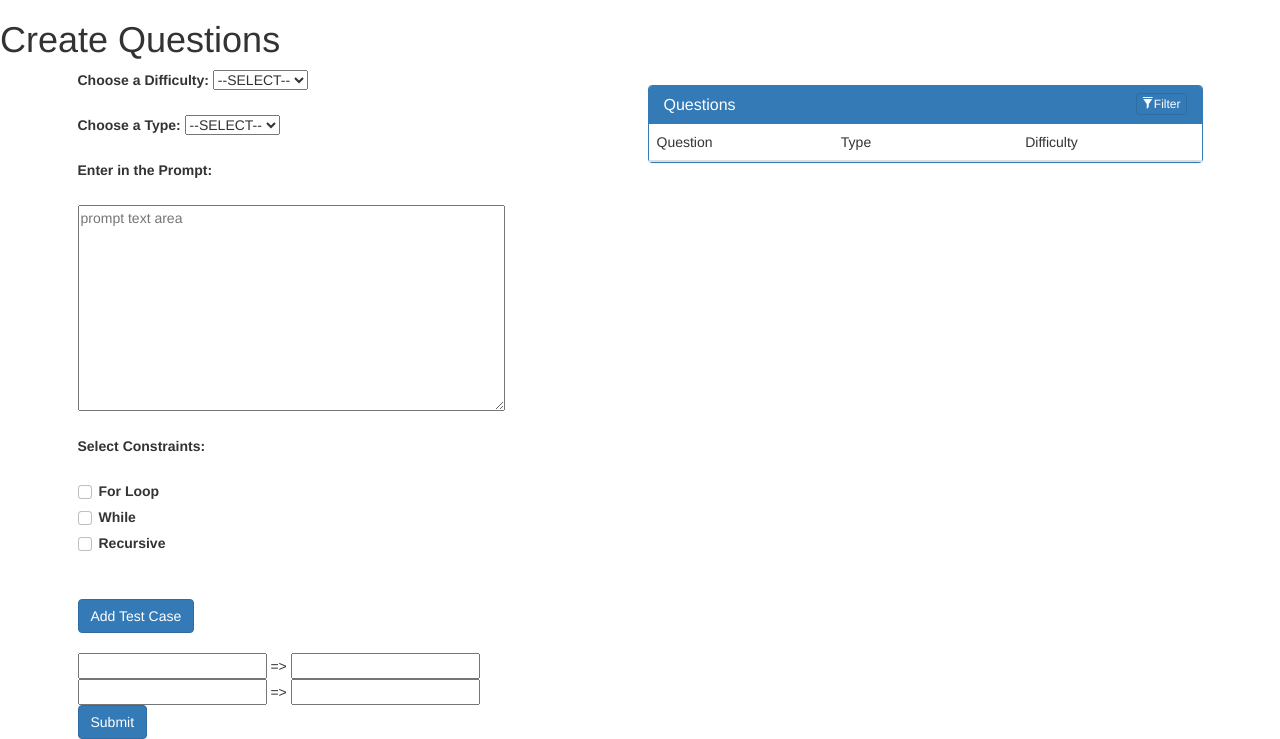
Repository: kavine24/CS490-Python-LMS
Page: html/portal/t/CreateQuestion.html
An editor plug-in stored every save of this project. The page is shown before and after the next save, followed by the edit.
The browser window is 1280 px wide. The pictures show the whole page.
The page's requests for data from a server got no answer. Some web libraries are served in a nearby version.

Above is the page before, as saved 2022-04-05 18:33:42.

### html/portal/t/CreateQuestion.html
<!DOCTYPE html>
<html>
  <head>
    <title>Create Questions</title>
    <!--<link rel="stylesheet" href="style.css">-->

    <link href="https://cdn.jsdelivr.net/npm/bootstrap@5.1.3/dist/css/bootstrap.min.css" rel="stylesheet" integrity="sha384-1BmE4kWBq78iYhFldvKuhfTAU6auU8tT94WrHftjDbrCEXSU1oBoqyl2QvZ6jIW3" crossorigin="anonymous">
    <link href="//netdna.bootstrapcdn.com/bootstrap/3.1.0/css/bootstrap.min.css" rel="stylesheet" id="bootstrap-css">
    <script src="//code.jquery.com/jquery-1.11.1.min.js"></script>
    <script src="//netdna.bootstrapcdn.com/bootstrap/3.1.0/js/bootstrap.min.js"></script>
  </head>

  <style>
    .filterable {
    margin-top: 15px;
    }
    .filterable .panel-heading .pull-right {
        margin-top: -20px;
    }
    .filterable .filters input[disabled] {
        background-color: transparent;
        border: none;
        cursor: auto;
        box-shadow: none;
        padding: 0;
        height: auto;
    }
    .filterable .filters input[disabled]::-webkit-input-placeholder {
        color: #333;
    }
    .filterable .filters input[disabled]::-moz-placeholder {
        color: #333;
    }
    .filterable .filters input[disabled]:-ms-input-placeholder {
        color: #333;
    }
  </style>

  <body>
    <h1>Create Questions</h1>
    <div class="container">
      <div class="row justify-content-around">
        <div class="col-6">
          <form id="createQuestionForm" onsubmit="submitQuestion()">
            <label for="questionDifficulty">Choose a Difficulty:</label>
            <select name="questionDifficulty" id="questionDifficulty">
              <option disabled selected value>--SELECT--</option>
              <option value="Easy">Easy</option>
              <option value="Medium">Medium</option>
              <option value="Hard">Hard</option>
            </select>

            <br><br>

            <label for="questionType">Choose a Type:</label>
            <select name="questionType" id="questionType">
              <option disabled selected value>--SELECT--</option>
              <option value="For Loop">For Loop</option>
              <option value="While Loop">While Loop</option>
              <option value="Recursion">Recursion</option>
              <option value="Arithmetic">Arithmetic</option>
              <option value="Strings">Strings</option>
            </select>

            <br><br>

            <!--Prompt-->
            <label for="prompt">Enter in the Prompt:</label>
            <br><br>
            <textarea id="prompt" name="prompt" rows="10" cols="50" placeholder="prompt text area"></textarea>
            <br><br>

            <!--Choosing Constraints-->
            <label for="constraints">Select Constraints:</label>
            <br><br>

            <div class="form-check">
              <input class="form-check-input" type="checkbox" id="checkFor">
              <label class="form-check-label">For Loop</label>
            </div>

            <div class="form-check">
              <input class="form-check-input" type="checkbox" id="checkWhile">
              <label class="form-check-label">While</label>
            </div>

            <div class="form-check">
              <input class="form-check-input" type="checkbox" id="checkRecursion">
              <label class="form-check-label">Recursive</label>
            </div>

            <br><br>

            <!--Test Cases-->
            <button class="btn btn-primary" type="button" onclick="addTestCase()">Add Test Case</button>
            <br><br>

            <input class="btn btn-primary" id="submit" type="submit" placeholder="Submit" class="submit"></input>
          </form>
        </div>

        <div class="col-6">
          <div class="panel panel-primary filterable">
            <div class="panel-heading">
              <h3 class="panel-title">Questions</h3>
                <div class="pull-right">
                  <button class="btn btn-primary btn-xs btn-filter"><span class="glyphicon glyphicon-filter"></span>Filter</button>
                </div>
            </div>

            <table class="table">
              <thead>
                <tr class="filters">
                  <th><input type="text" class="form-control" placeholder="Question" disabled></th>
                  <th><input type="text" class="form-control" placeholder="Type" disabled></th>
                  <th><input type="text" class="form-control" placeholder="Difficulty" disabled></th>
                </tr>
              </thead>

              <tbody id="tableBody">
              </tbody>
            </table>
          </div>
        </div>
      </div>
    </div>

    <script>
      $(document).ready(function(){
        $('.filterable .btn-filter').click(function(){
          var $panel = $(this).parents('.filterable'),
          $filters = $panel.find('.filters input'),
          $tbody = $panel.find('.table tbody');
          if ($filters.prop('disabled') == true) {
            $filters.prop('disabled', false);
            $filters.first().focus();
          } else {
            $filters.val('').prop('disabled', true);
            $tbody.find('.no-result').remove();
            $tbody.find('tr').show();
          }
        });

        $('.filterable .filters input').keyup(function(e){
          /* Ignore tab key */
          var code = e.keyCode || e.which;
          if (code == '9') return;

          /* Useful DOM data and selectors */
          var $input = $(this),
          $panel = $input.parents('.filterable'),
          column = $panel.find('.filters th'),
          $table = $panel.find('.table'),
          $rows = $table.find('tbody tr');

          /* Dirtiest filter function ever ;) */
          var $filteredRows = $rows.filter(function(){
            var q = $(this).find('td').eq(0).text().toLowerCase();
            var t = $(this).find('td').eq(1).text().toLowerCase();
            var d = $(this).find('td').eq(2).text().toLowerCase();

            qi = q.indexOf(column[0].childNodes[0].value.toLowerCase());
            ti = t.indexOf(column[1].childNodes[0].value.toLowerCase());
            di = d.indexOf(column[2].childNodes[0].value.toLowerCase());

            notValid = (qi === -1) || (ti === -1) || (di === -1);

            return notValid;
          });
          /* Clean previous no-result if exist */
          $table.find('tbody .no-result').remove();
          /* Show all rows, hide filtered ones (never do that outside of a demo ! xD) */
          $rows.show();
          $filteredRows.hide();
          /* Prepend no-result row if all rows are filtered */
          if ($filteredRows.length === $rows.length) {
            $table.find('tbody').prepend($('<tr class="no-result text-center"><td colspan="'+ $table.find('.filters th').length +'">No result found</td></tr>'));
          }
        });
      });

      // add all necacarry event listeners
      //submit listener
      const form = document.getElementById("createQuestionForm");
      function handleForm(event) { event.preventDefault(); }
      form.addEventListener('submit', handleForm);

      let attemptMade = false;

      const inputs = [];
      const questions = [];

      addTestCase();
      addTestCase();
      updateQuestionTable();

      function addTestCase(){
        const testCase = document.createElement("input");
        const result = document.createElement("input");

        inputs.push({testCase,result});

        document.getElementById("createQuestionForm").insertBefore(testCase, document.getElementById("submit"));
        document.getElementById("createQuestionForm").insertBefore(document.createTextNode(" => "), document.getElementById("submit"));
        document.getElementById("createQuestionForm").insertBefore(result, document.getElementById("submit"));
        document.getElementById("createQuestionForm").insertBefore(document.createElement("br"), document.getElementById("submit"));
      }

      function submitQuestion(){
        var difficulty = document.getElementById('questionDifficulty').value;
        var questionType = document.getElementById('questionType').value;
        var prompt = document.getElementById('prompt').value;
        var constraints = {
          for: document.getElementById('checkFor').checked,
          while: document.getElementById('checkWhile').checked,
          recursive: document.getElementById('checkRecursion').checked
        };

        var inputvals = [];
        var outputvals = [];

        for(let i = 0; i < inputs.length; i++){
          inputvals.push(inputs[i].testCase.value);
          outputvals.push(inputs[i].result.value);
        }

        var anyinputempty = false;

        for(let i = 0; i < inputs.length; i++){
          anyinputempty = inputs[i].testCase.value == "" || inputs[i].result.value == ""? true : anyinputempty
        }

        var requestType = 'CreateQuestionFTM';

        if(difficulty == "" || questionType == "" || prompt == "" || anyinputempty){
          if (!attemptMade) {
            const newDiv = document.createElement("div");
            const newContent = document.createTextNode("Cannot Submit: 1 or more fields invalid");
            newDiv.appendChild(newContent);

            document.getElementById("createQuestionForm").appendChild(document.createElement("br"));
            document.getElementById("createQuestionForm").appendChild(newDiv);
            attemptMade = true;
          }
          else{
              document.getElementById("createQuestionForm").lastChild.innerHTML = "Cannot Submit: 1 or more fields invalid";
          }
        }else{

          const data = {difficulty, questionType, prompt, constraints, inputvals, outputvals, requestType};

          const options = {
            method:'POST',
            headers: {
                "Content-type": "application/json; charset=UTF-8"
            },
            body: JSON.stringify(data)
          };
          fetch('http://cs490testcenter.ddns.net:50000/portal/frontBrowser.php', options)
          .then(response => response.json())
          .then(data => {
            if(data.didWork == 1){
              location.assign('http://cs490testcenter.ddns.net:50000/portal/t/CreateQuestion.html');
            }else{
              if (!attemptMade) {
              const newDiv = document.createElement("div");
              const newContent = document.createTextNode("Error Making Quesiton!");
              newDiv.appendChild(newContent);

              document.getElementById("createQuestionForm").appendChild(document.createElement("br"));
              document.getElementById("createQuestionForm").appendChild(newDiv);
              attemptMade = true;
              }
              else{
                document.getElementById("createQuestionForm").lastChild.innerHTML = "Error Making Quesiton!";
              }
            }
          })
          .catch((error) => {
            console.error('Error:', error);
          });
        }
      }

      function updateQuestionTable(){
        let requestType = "DisplayQuestionsFTM"
        const data = {requestType};

        const options = {
          method:'POST',
          headers: {
              "Content-type": "application/json; charset=UTF-8"
          },
          body: JSON.stringify(data)
        };
        fetch('http://cs490testcenter.ddns.net:50000/portal/frontBrowser.php', options)
        .then(response => response.json())
        .then(data => {
          for(let i = 0; i < data.length; i++){
            const tr = document.createElement("tr");

            const questionText = document.createElement("td");
            const typeText = document.createElement("td");
            const difficultyText = document.createElement("td");

            questionText.innerHTML = data[i].question;
            typeText.innerHTML = data[i].type;
            difficultyText.innerHTML = data[i].difficulty;

            tr.appendChild(questionText);
            tr.appendChild(typeText);
            tr.appendChild(difficultyText);

            questions.push({
              question: data[i],
              row: tr
            });

            document.getElementById("tableBody").appendChild(tr);
          }
        })
        .catch((error) => {
          console.error('Error:', error);
        });
      }
    </script>
  </body>
</html>

After the next save:
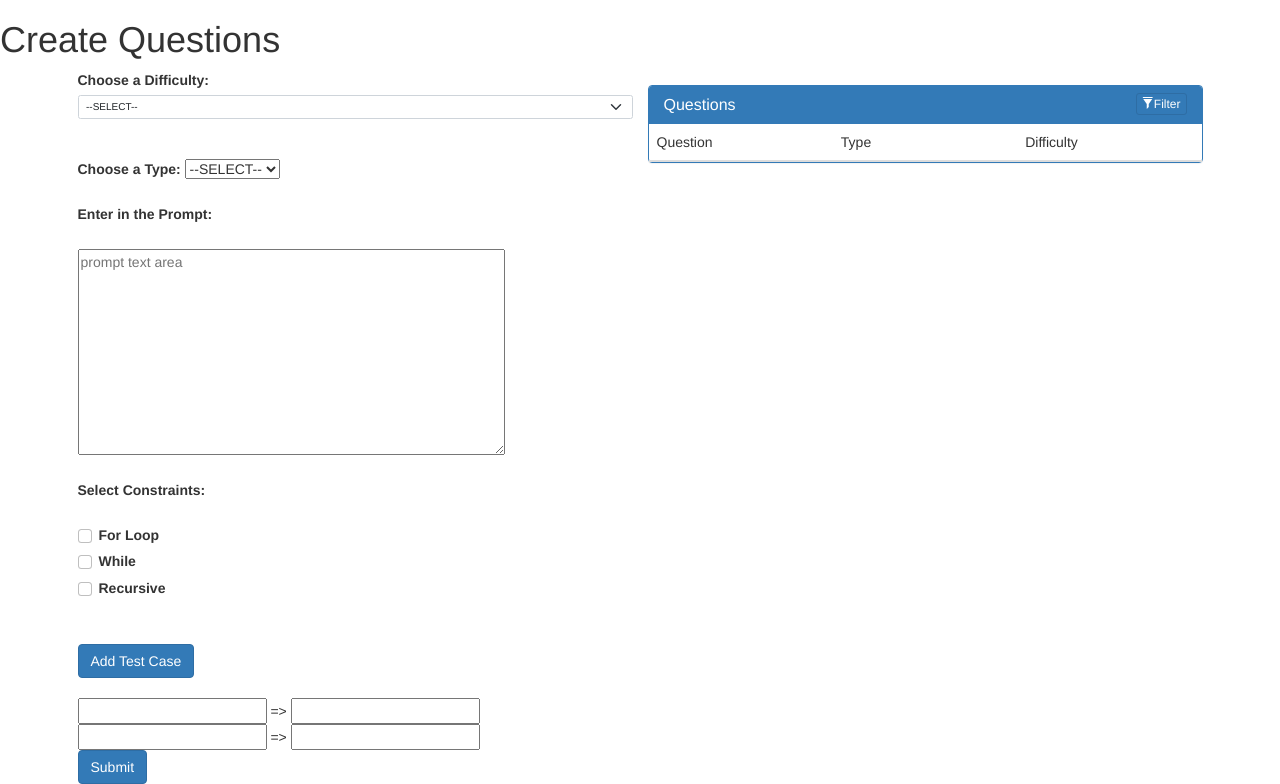
Saved 9 min 34 s later.
--- a/html/portal/t/CreateQuestion.html
+++ b/html/portal/t/CreateQuestion.html
@@ -43,7 +43,7 @@
         <div class="col-6">
           <form id="createQuestionForm" onsubmit="submitQuestion()">
             <label for="questionDifficulty">Choose a Difficulty:</label>
-            <select name="questionDifficulty" id="questionDifficulty">
+            <select class="form-select" name="questionDifficulty" id="questionDifficulty">
               <option disabled selected value>--SELECT--</option>
               <option value="Easy">Easy</option>
               <option value="Medium">Medium</option>
